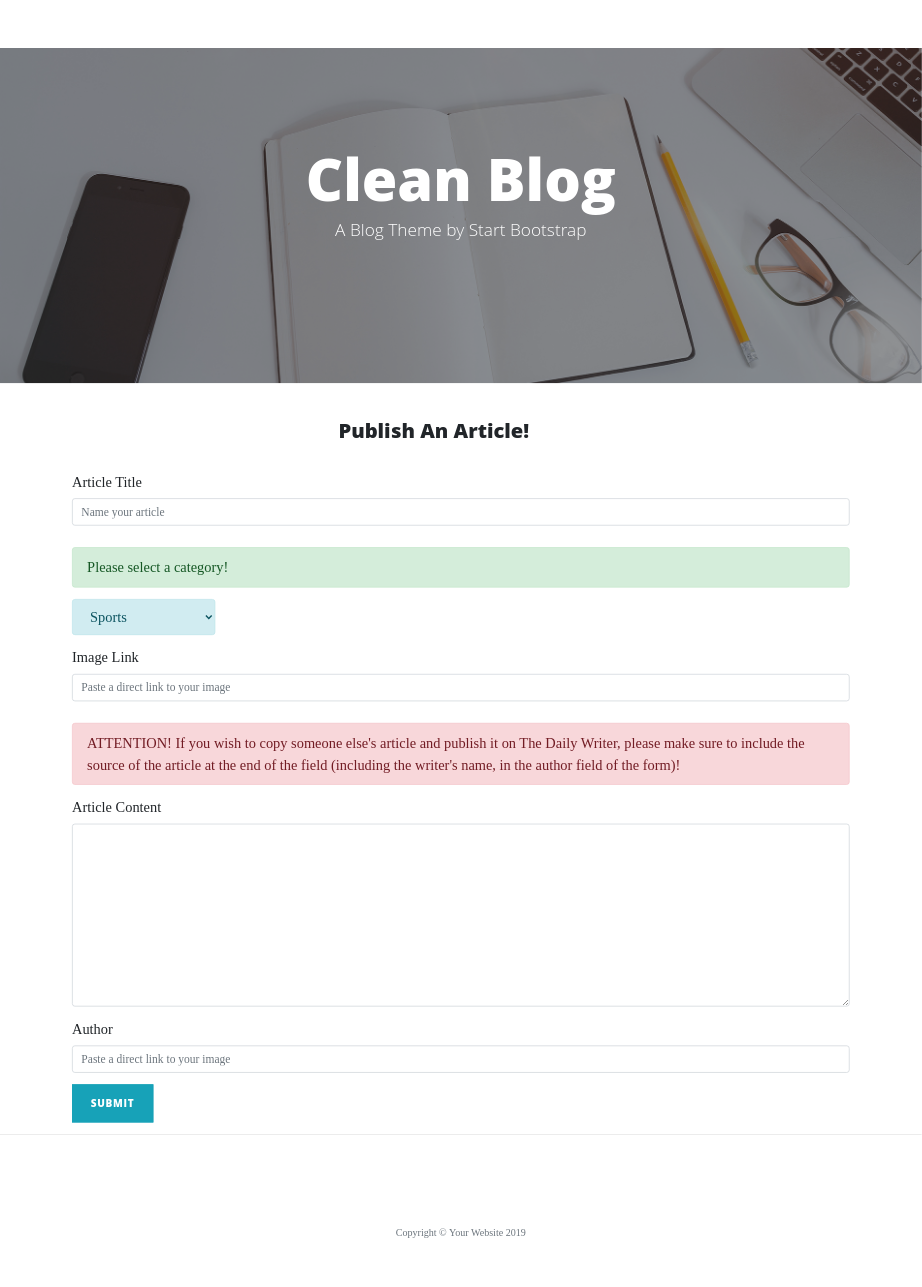
Repository: Vesss/Blog-Project
Page: http://localhost/post
The author's editor kept a record of every edit. The page is drawn from the files as they stood at one moment, then again after the next edit.
The browser window is 1280 px wide. The pictures show the whole page, at 72% of full size.
The page is served by the project's application, run on Flask 3 (app.py).

Above is the page before.

After the next edit:
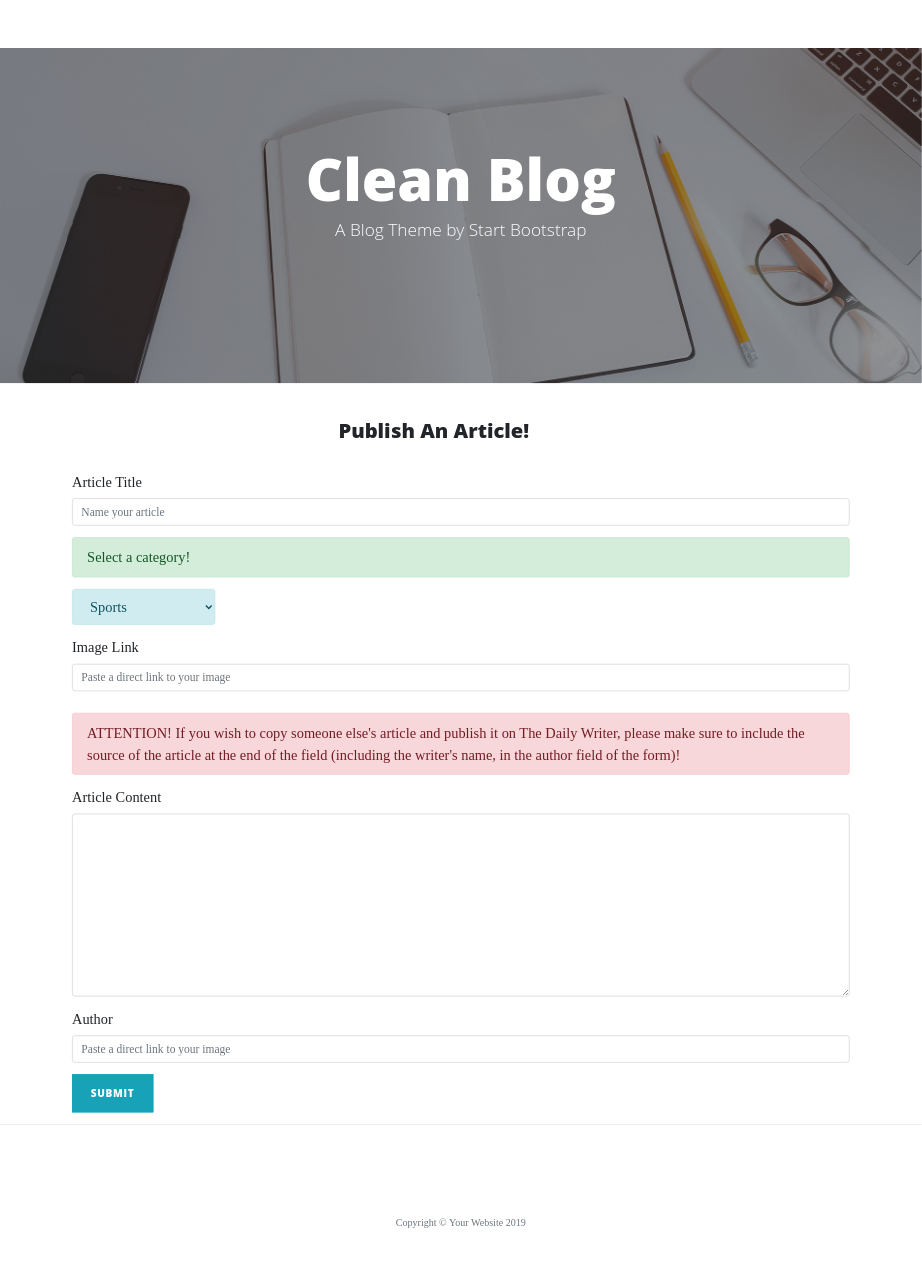
The edit:
--- a/templates/post.html
+++ b/templates/post.html
@@ -16,7 +16,7 @@
                 <input type="text" class="form-control" placeholder="Name your article" name="title" required>
             </div>
 
-            <p class="alert alert-success">Please select a category!</p>
+            <div class="alert alert-success select-category">Select a category!</div>
 
             <select name="category" class="alert alert-info">
                 <option class="dropdown-item" disabled>Select a category</option>
